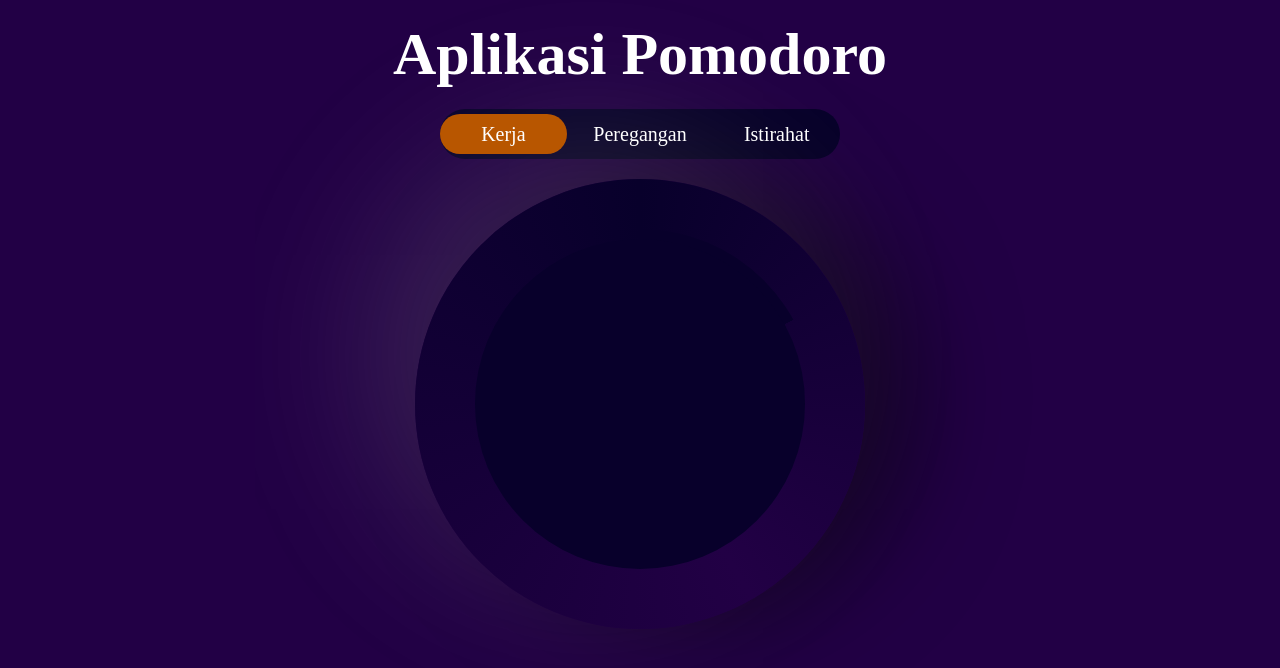
Repository: sellayspy/aplikasiPomodoro
Page: /
The author's editor kept a copy of each file at every save. The page is drawn from the files as they stood at one save, then again after the next save.
The browser window is 1280 px wide. The pictures show the whole page.
The project was rebuilt for these pictures with package versions that can differ from the ones it lists, and the page was loaded fresh each time. Also part of the build but not shown: vite.config.js.

Above is the page before, as saved 2024-11-25 13:57:33.

### index.html
<!DOCTYPE html>
<html lang="en">
  <head>
    <meta charset="UTF-8" />
    <link rel="icon" type="image/svg+xml" href="/vite.svg" />
    <meta name="viewport" content="width=device-width, initial-scale=1.0" />
    <title>Aplikasi Pomodoro</title>
  </head>
  <body>
    <div id="root"></div>
    <script type="module" src="/src/main.jsx"></script>
  </body>
</html>

### src/main.jsx
import { StrictMode } from "react";
import { createRoot } from "react-dom/client";
import { createGlobalStyle, ThemeProvider } from "styled-components";
import App from "./App.jsx";

const GlobalStyle = createGlobalStyle`

*{
  margin: 0;
  padding: 0;
  box-sizing: border-box;
}

  html,body{
    background-color: ${(props) => props.theme.colors.bg};;
    font-size: 62.5%;
  }

  body{
    font-size: 1.6rem;
    color: white;
  }

`;

const theme = {
  colors: {
    primary: "#b85600",
    secondary: "#08002b",
    bg: "#220045",
  },
};

createRoot(document.getElementById("root")).render(
  <StrictMode>
    <ThemeProvider theme={theme}>
      <GlobalStyle />
      <App />
    </ThemeProvider>
  </StrictMode>
);

### src/App.jsx
import styled from "styled-components";
import Judul from "./components/Judul";
import Timer from "./components/Timer";

function App() {
  return (
    <>
      <Title>Aplikasi Pomodoro</Title>
      <Judul />
      <Timer />
    </>
  );
}

export default App;

const Title = styled.h1`
  font-size: 6rem;
  padding: 2rem 0;
  text-align: center;
`;

### src/components/Judul.jsx
import styled, { css } from "styled-components";
import { useState } from "react";

const Judul = () => {
  const [active, setActive] = useState(0);

  const handleJudulClick = (index) => {
    setActive(index);
  };
  return (
    <JudulContainer>
      {["Kerja", "Peregangan", "Istirahat"].map((tag, i) => (
        <Tag onClick={() => handleJudulClick(i)} active={active === i} key={i}>
          {tag}
        </Tag>
      ))}
    </JudulContainer>
  );
};

export default Judul;

const JudulContainer = styled.div`
  background: ${(props) => props.theme.colors.secondary};
  height: 5rem;
  width: 40rem;
  margin: 0 auto;
  border-radius: 5rem;
  display: flex;
  gap: 1rem;
  align-items: center;
`;

const Tag = styled.button`
  all: unset;
  height: 4rem;
  text-align: center;
  border-radius: 5rem;
  flex: 1;
  font-size: 2rem;

  ${({ active }) =>
    active &&
    css`
      background: ${(props) => props.theme.colors.primary};
    `}
`;

### src/components/Timer.jsx
import styled from "styled-components";
import TimerProgress from "./TimerProgress";

const Timer = () => {
  return (
    <TimerContainer>
      <TimerProgress />
    </TimerContainer>
  );
};

export default Timer;

const TimerContainer = styled.div`
  background: conic-gradient(
    ${(props) => props.theme.colors.secondary},
    ${(props) => props.theme.colors.bg} 150deg,
    ${(props) => props.theme.colors.secondary}
  );

  width: 45rem;
  height: 45rem;

  margin: 2rem auto;
  border-radius: 50%;
  display: grid;
  place-items: center;
  box-shadow: -50px -50px 150px rgba(158, 158, 158, 0.2),
    50px -10px 100px rgba(0, 0, 0, 0.5);
`;

### src/components/TimerProgress.jsx
import { useState } from "react";
import { RiProgress1Fill } from "react-icons/ri";
import styled from "styled-components";

const TimerProgress = () => {
  const [progress, setProgress] = useState(17);

  return (
    <OuterCircle progress={progress}>
      <InnerCircle></InnerCircle>
    </OuterCircle>
  );
};

export default TimerProgress;

const OuterCircle = styled.div`
  width: 35rem;
  height: 35rem;

  border-radius: 50%;
  display: grid;
  place-items: center;
  background: conic-gradient(
    ${(props) => props.theme.colors.secondary} ${({ progress }) => progress}%,
    transparent ${({ progress }) => progress}%
  );
`;

const InnerCircle = styled.div`
  width: 33rem;
  height: 33rem;
  background: ${(props) => props.theme.colors.secondary};

  border-radius: 50%;
  display: grid;
  place-items: center;
`;

After the next save:
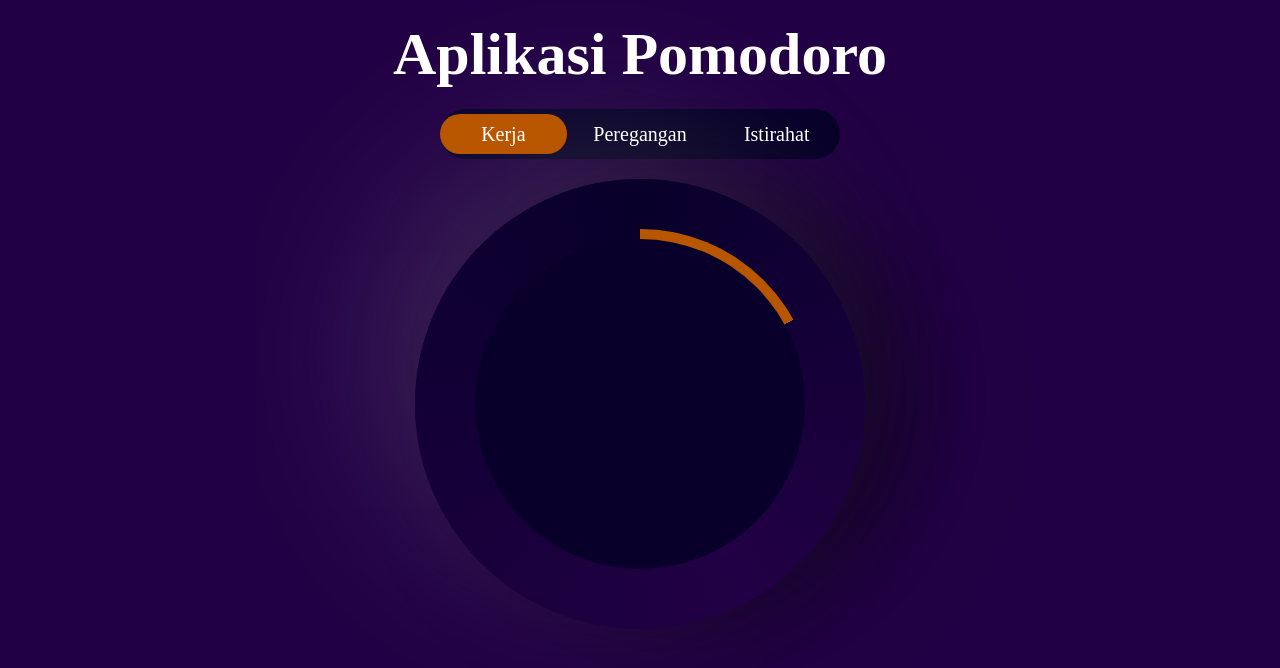
Saved 26 s later.
--- a/src/components/TimerProgress.jsx
+++ b/src/components/TimerProgress.jsx
@@ -22,7 +22,7 @@ const OuterCircle = styled.div`
   display: grid;
   place-items: center;
   background: conic-gradient(
-    ${(props) => props.theme.colors.secondary} ${({ progress }) => progress}%,
+    ${(props) => props.theme.colors.primary} ${({ progress }) => progress}%,
     transparent ${({ progress }) => progress}%
   );
 `;
